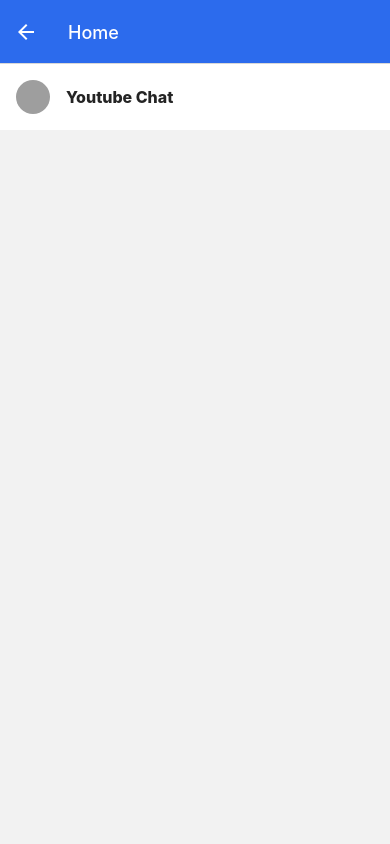
Repository: TheBoringBOT/signal-clone-reactnative-learn
Screen: /Home
The author's editor kept a copy of each file at every save. The screen is drawn from the files as they stood at one save, then again after the next save.
Pictures or frames that could not be fetched are drawn as grey boxes. The app was drawn by React Native's web renderer in a window 390 px wide. The project was rebuilt for these pictures with package versions that can differ from the ones it lists, and the page was loaded fresh each time. Also part of the build but not shown: screens/RegisterScreen.js.

Above is the screen before, as saved 2022-01-23 21:52:34.

After the next save:
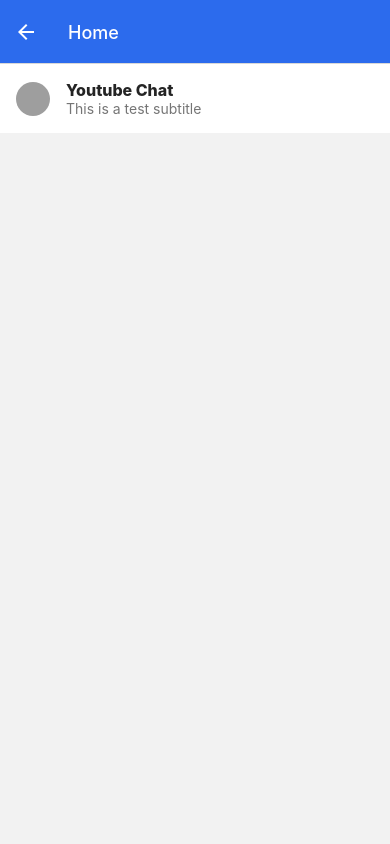
Saved 9 s later.
--- a/components/CustomListItem.js
+++ b/components/CustomListItem.js
@@ -15,10 +15,9 @@ const CustomListItem = () => {
         <ListItem.Title style={{ fontWeight: "800" }}>
           Youtube Chat
         </ListItem.Title>
-        <ListItem.Subtitle
-          ellipsizeMode="tail"
-          numberOfLines={1}
-        ></ListItem.Subtitle>
+        <ListItem.Subtitle ellipsizeMode="tail" numberOfLines={1}>
+          This is a test subtitle
+        </ListItem.Subtitle>
       </ListItem.Content>
     </ListItem>
   );
